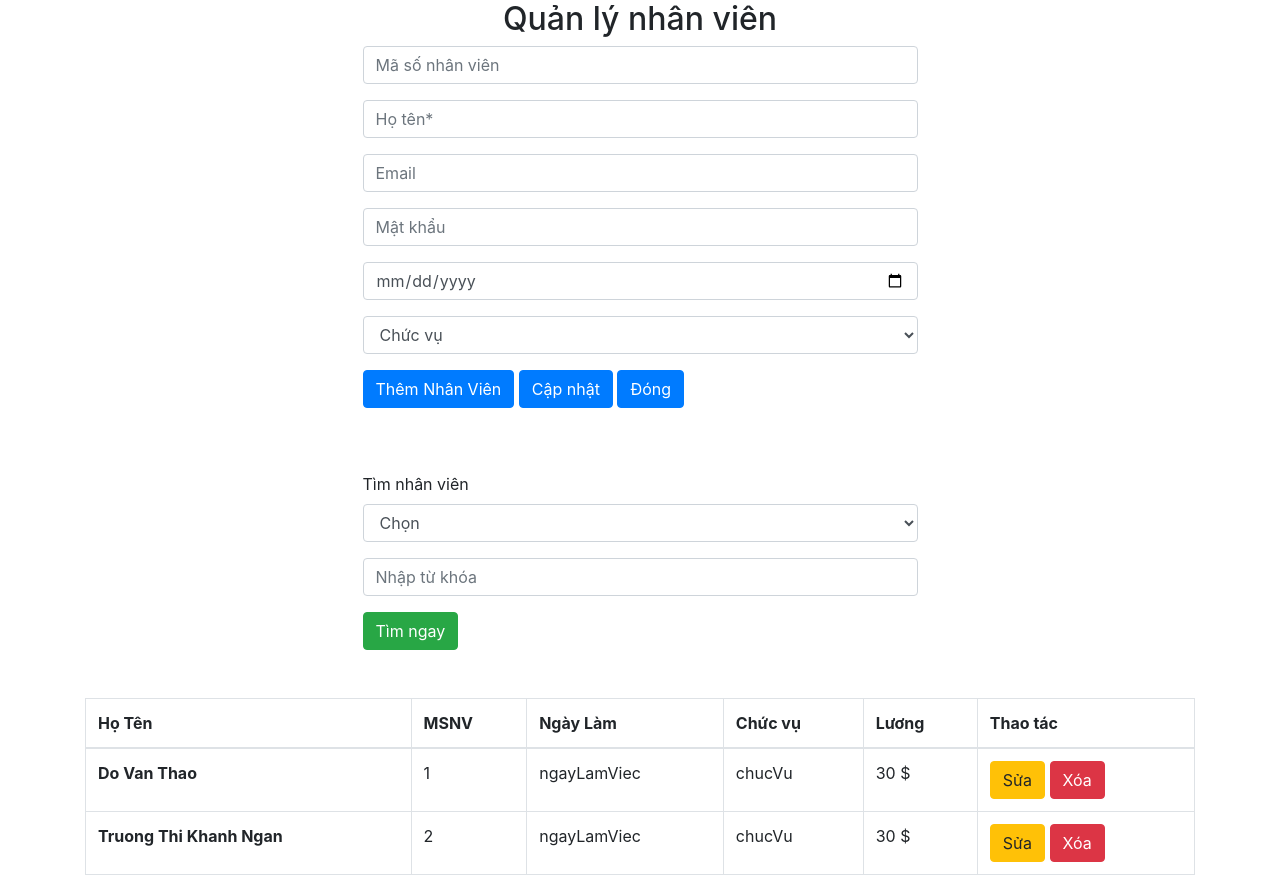
Repository: dovanthao2404/quanlynhanvien
Page: index.html
These files come from the project's save history. The page is drawn as it stood at one moment and after the next save; the edit follows.
The browser window is 1280 px wide. The pictures show the whole page.

Above is the page before, as saved 2021-06-30 00:58:56.

After the next save:
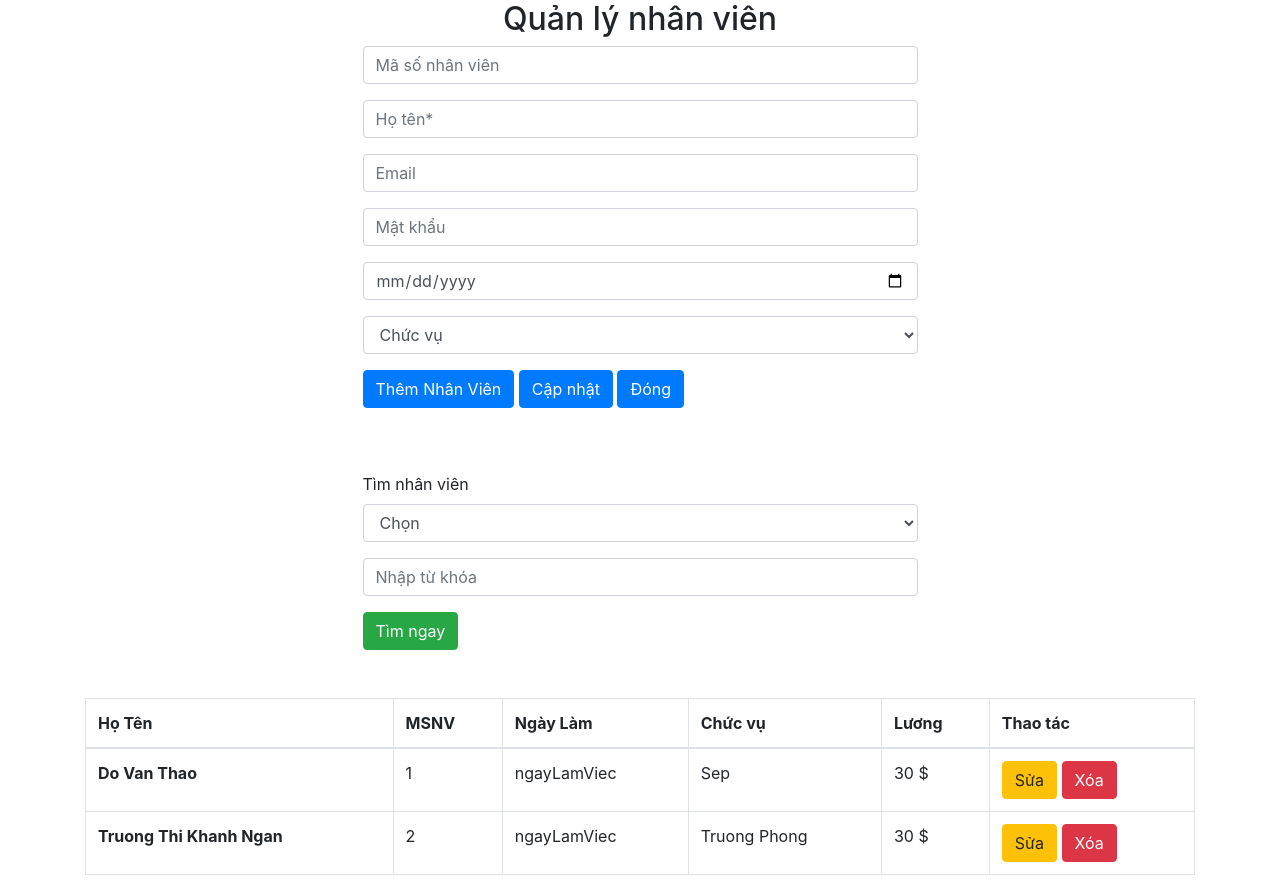
Saved 27 s later.
--- a/js/main.js
+++ b/js/main.js
@@ -3,9 +3,9 @@ function getEle(ele) {
 }
 
 var congTy = new CongTy();
-var nhanVienMoi = new NhanVien('1', "Do Van Thao", 'abc@gmail.com', 'truongthikhanhngan', 'ngayLamViec', 'chucVu');
+var nhanVienMoi = new NhanVien('1', "Do Van Thao", 'abc@gmail.com', 'truongthikhanhngan', 'ngayLamViec', 'Sep');
 congTy.ThemNhanVien(nhanVienMoi);
-nhanVienMoi = new NhanVien('2', "Truong Thi Khanh Ngan", 'abc@gmail.com', 'truongthikhanhngan', 'ngayLamViec', 'chucVu');
+nhanVienMoi = new NhanVien('2', "Truong Thi Khanh Ngan", 'abc@gmail.com', 'truongthikhanhngan', 'ngayLamViec', 'Truong Phong');
 congTy.ThemNhanVien(nhanVienMoi);
 
 // Ham goi modal popup: Them Nhan Vien or Sua thong tin nhan vien
